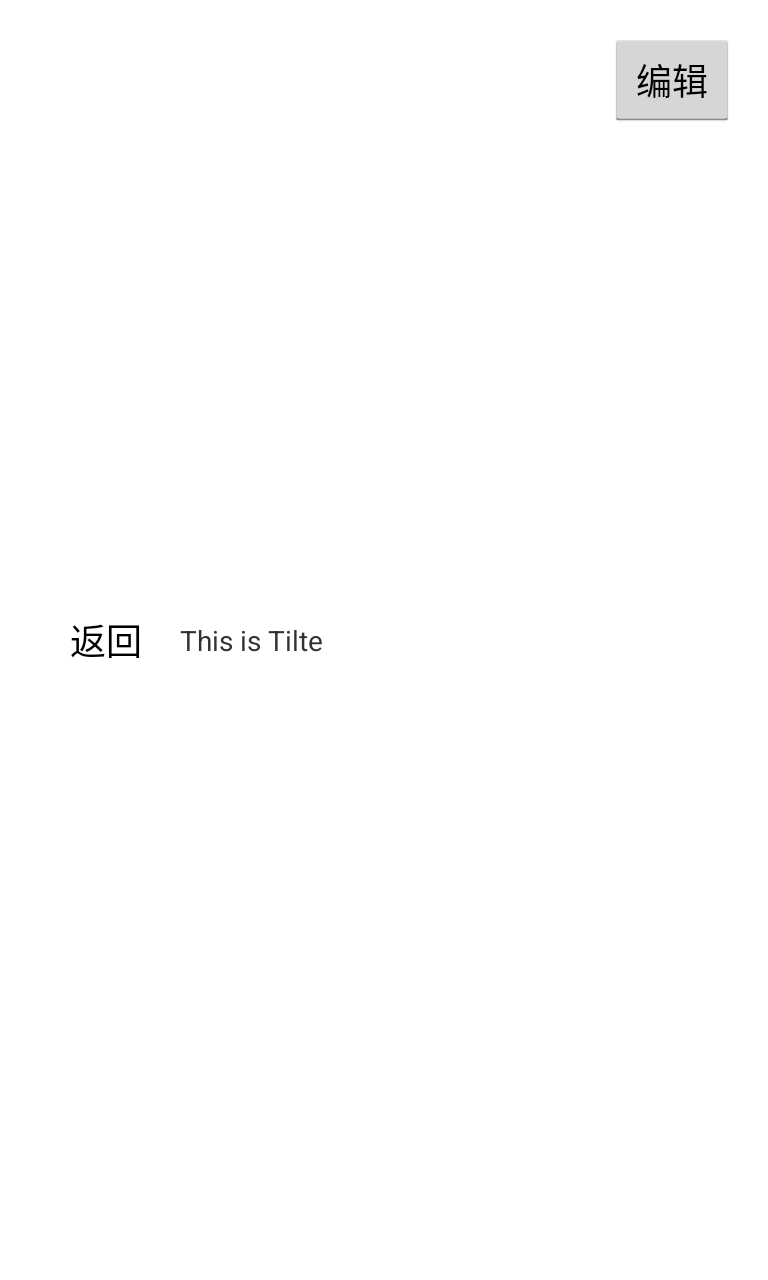
Repository: jinpp/Android
Layout: UICustomViews/res/layout/activity_main.xml
These files come from the project's save history. The layout is drawn as it stood at one moment and after a run of saves; the edit follows.
It is drawn on a 768 x 1280 px phone screen (xhdpi) without system bars, with theme AppTheme; the app's code is not run.

Above is the layout before, as saved 2016-11-17 02:33:40.

After the next 2 saves:
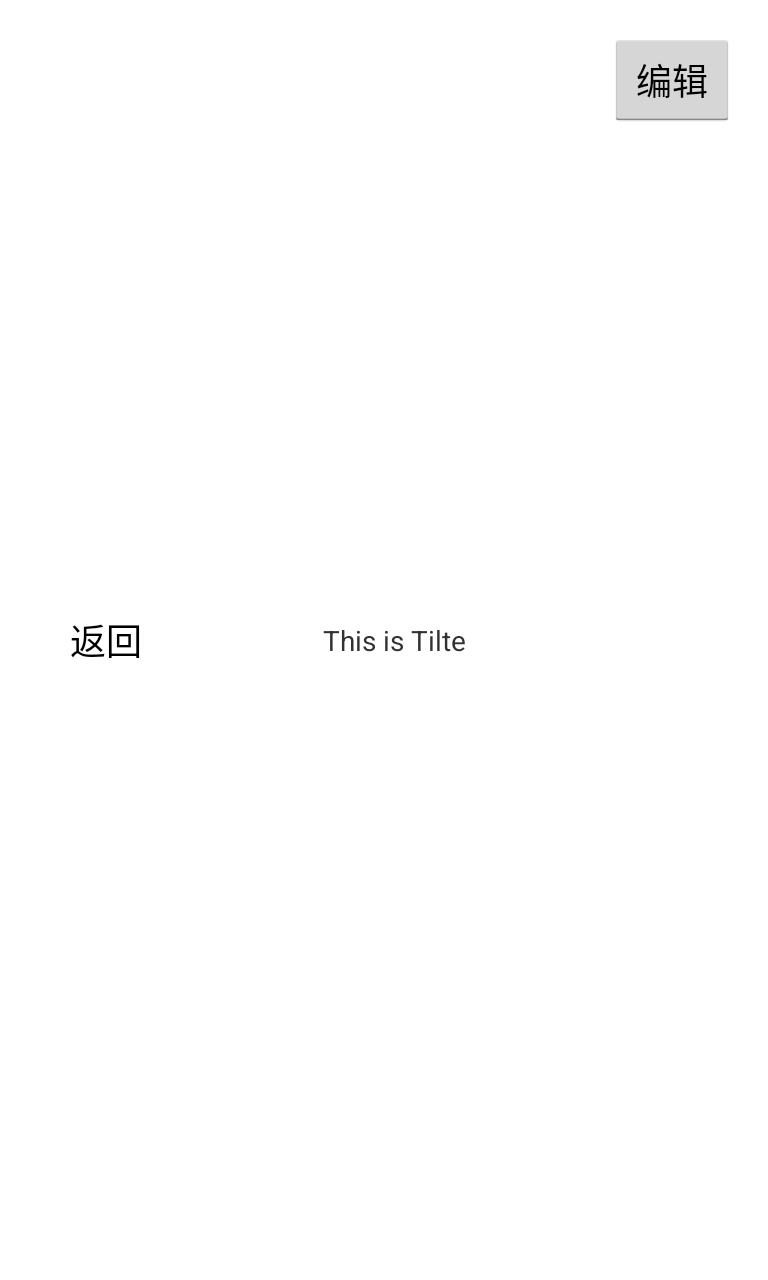
The 2 saves are shown as one change because they came seconds apart.
The last was saved 15 s later.
--- a/UICustomViews/res/layout/activity_main.xml
+++ b/UICustomViews/res/layout/activity_main.xml
@@ -21,9 +21,9 @@
         android:id="@+id/textview"
         android:layout_width="0dip"
         android:layout_height="wrap_content"
+        android:layout_gravity="center"
         android:layout_weight="1"
-        android:layout_gravity="center"
-
+        android:gravity="center"
         android:text="This is Tilte" />
 
     <Button
